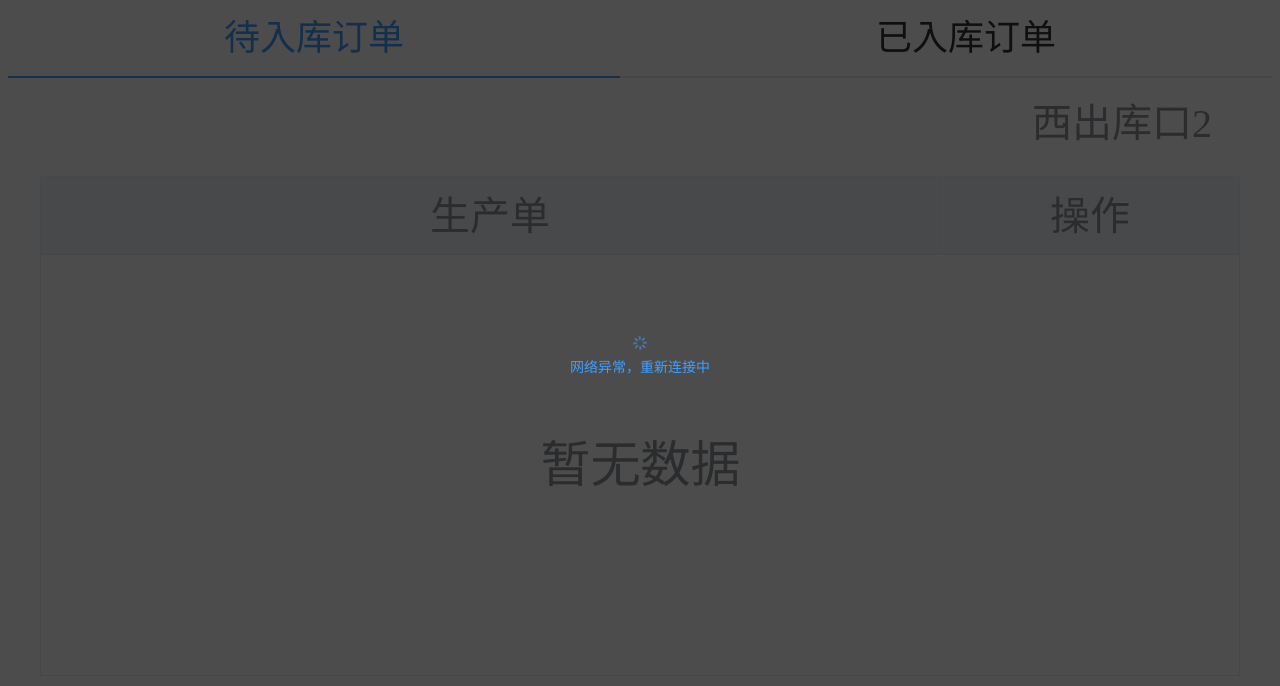
Repository: yaesass/yaesass
Page: /#/InStockDetail (app in scancode/)
An editor plug-in stored every save of this project. The page is shown before and after the next save, followed by the edit.
The browser window is 1280 px wide. The pictures show the whole page.
The page's requests for data from a server got no answer. The project was rebuilt for these pictures with package versions that can differ from the ones it lists, and the page was loaded fresh each time. No one was signed in, and anything a server would have sent is missing. Also part of the build but not shown: scancode/vue.config.js.

Above is the page before, as saved 2022-07-01 09:28:44.

### scancode/src/App.vue
<template>
  <div id="app">
    <!-- Name {{ Name }} token {{ token }} Type {{ Type }} Remarks {{ Remarks }} -->
    <router-view></router-view>
  </div>
</template>
<script>
export default {
  name: "App",
  data() {
    return {
      // show: "",
      // activeName: "待生产订单",
      // list: [],
      // listLoading: true,
      // queryForm: {
      //   CurrentPage: 1,
      //   PageSize: 999999,
      // },
      // intervalId: null,
      // messageObj: "",
    };
  },
  created() {
    //获取winform数据
    let Name, token, Type, Remarks;
    // Name = this.getQueryString("Name");
    // token = "Bearer" + " " + this.getQueryString("token");
    // Type = this.getQueryString("DeliveryType");
    // Remarks = this.getQueryString("Remarks");
    token =
      "Bearer admin-accessToken-eyJ0eXAiOiJKV1QiLCJhbGciOiJIUzI1NiJ9.eyJpZCI6IkVBNDY5MDAwLUEwRTMtNDM2NS04OEU1LTYzNTk4MUQxNzM2NSIsIm5hbWUiOiLmiavnoIEifQ.ysDSnXIKlGLatjoH2wUIq0r65R8tv9DP_CH0vsOTbN0";
    Name = "in4";
    Type = "in";
    Remarks = "西出库口2";
    if (Type == "in") {
      this.$router.push({
        name: "InStock",
        params: { Name, token, Type, Remarks },
      });
    } else {
      this.$router.push({
        name: "OutStock",
        params: { Name, token, Type, Remarks },
      });
    }
  },
  beforeDestroy() {
    // this.isDestroyed = true;
    // this.ws.close("测试");
  },
  methods: {
    //接收winform数据
    getQueryString(name) {
      var reg = new RegExp("(^|&)" + name + "=([^&]*)(&|$)");
      var r = window.location.search.substr(1).match(reg);
      if (r != null) return decodeURI(r[2]);
      return null;
    },
  },
};
</script>

### scancode/src/views/InStock.vue
<template>
  <el-tabs v-model="activeName" @tab-click="handleClick">
    <el-tab-pane label="待入库订单" class="counttable" name="待入库订单">
      <div class="count">
        <div class="counttxt">{{ Remarks }}</div>
      </div>
      <el-table
        :data="tableData"
        border
        :header-cell-style="{
          background: '#F2F6FC',
          height: '48px',
          color: '#909399',
          fontSize: '40px',
        }"
        style="width: 95%; margin: 40px auto 0 auto; font-size: 50px"
        :cell-style="totalcellcolor"
        height="500"
        :row-style="{ height: '48px' }"
      >
        <el-table-column align="center" label="生产单">
          <template slot-scope="scope">
            <span v-html="scope.row.product"></span>
          </template>
        </el-table-column>
        <el-table-column align="center" label="操作" width="300px">
          <template #default="{ row }">
            <el-button
              type="primary"
              round
              @click="ordercharge(row)"
              style="font-size: 20px"
            >
              入库
            </el-button>
          </template>
        </el-table-column>
      </el-table>
    </el-tab-pane>
    <el-tab-pane label="已入库订单" class="counttable" name="已入库订单">
      <el-table
        :data="tableData"
        border
        :header-cell-style="{
          background: '#F2F6FC',
          height: '48px',
          color: '#909399',
          fontSize: '40px',
        }"
        style="width: 95%; margin: 20px auto 0 auto; font-size: 25px"
        :cell-style="totalcellcolor"
        height="550"
        :row-style="{ height: '48px' }"
      >
        <el-table-column align="center" label="生产单">
          <template slot-scope="scope">
            <span v-html="scope.row.product"></span>
          </template>
        </el-table-column>
        <el-table-column
          align="center"
          prop="RealQuantity"
          label="数量"
          width="250px"
        >
        </el-table-column>
        <el-table-column align="center" label="时间" width="250px">
          <template slot-scope="scope">
            <span v-html="scope.row.WarehousingTime"></span>
          </template>
        </el-table-column>
      </el-table>
    </el-tab-pane>
  </el-tabs>
</template>

<script>
export default {
  name: "InStock",
  data() {
    return {
      token: "",
      Name: "",
      Type: "",
      Remarks: "",
      activeName: "待入库订单",
      tableData: [], //列表数据
    };
  },
  created() {
    this.token = this.$route.params.token;
    this.Name = this.$route.params.Name;
    this.Type = this.$route.params.Type;
    this.Remarks = this.$route.params.Remarks;
    this.GetScanningOrder();

    // console.log("this.$route.params", this.$route.params);
  },
  mounted() {},

  destroyed() {
    // 在页面销毁
  },
  methods: {
    //选项卡
    handleClick(e) {
      // console.log("点击tab", e.name);
      this.getlist(e.name);
    },

    //入库按钮
    ordercharge(row) {
      let that = this;

      this.$loading({
        lock: true,
        text: "请稍候...",
        spinner: "el-icon-loading",
        background: "rgba(0, 0, 0, 0.7)",
      });
      this.Ordername = row.product;
      that.$axios
        .post(
          "https://www.moondeity.com:8308/api/Areas/OrderInfo/EditOrderState",
          {
            OrderId: row.OrderId,
            StockType: that.Name,
            StockState: 1,
          },
          {
            headers: {
              Authorization: that.token,
            },
          }
        )
        .then(function (response) {
          //console.log('EditOrderStateresponse', response.data.msg)
          if (response.data.msg != "修改成功") {
            that.$loading().close();
            that.message(response.data.msg);
          }
          that.GetScanningOrder();
        })
        .catch(function (error) {
          console.log(error);
        });
    },

    //查询入库订单状态
    GetScanningOrder(e) {
      let that = this;
      that.$loading({
        lock: true,
        text: "请稍候...",
        spinner: "el-icon-loading",
        background: "rgba(0, 0, 0, 0.7)",
      });
      that.list = [];
      that.$axios
        .post(
          "https://www.moondeity.com:8308/api/Areas/OrderInfo/GetScanningOrder",
          {
            Type: that.Name,
          },
          {
            headers: {
              Authorization: that.token,
            },
          }
        )
        .then(function (response) {
          let reqdata = response.data.data;
          // console.log("查询入库订单状态", reqdata.dt);
          if (reqdata.dt != "") {
            let { Name, token, Type, Remarks } = that;
            console.log("{ Name, token, Type, Remarks } ", {
              Name,
              token,
              Type,
              Remarks,
            });
            //有正在入库的订单
            that.$router.push({
              name: "InStockDetail",
              params: { Name, token, Type, Remarks },
            });
          } else {
            that.getlist("待入库订单"); //没有正在入库的订单
          }
          that.$loading().close();
        })
        .catch(function (error) {
          console.log("查询入库订单状态error", error);
          if (e != "err") {
            that.$loading().close();
          }
          that.$loading({
            lock: true,
            text: "网络异常，重新连接中",
            spinner: "el-icon-loading",
            background: "rgba(0, 0, 0, 0.7)",
          });
          setTimeout(() => {
            that.GetScanningOrder("err");
          }, 3000);
        });
    },

    //获取列表
    getlist(Type) {
      let that = this;
      this.tableData = [];
      let formData = {
        Type,
        PageSize: 999999,
        CurrentPage: 1,
        StockType: that.Name,
      };
      if (Type == "已入库订单") {
        formData.begintime = this.gettime();
        formData.endtime = this.gettime();
      }

      this.$axios
        .post(
          "https://www.moondeity.com:8308/api/Areas/OrderInfo/GetOrderList",
          formData,
          {
            headers: {
              Authorization: that.token,
            },
          }
        )
        .then(function (response) {
          // console.log("获取待入库订单列表", response.data.data.dt);
          let temp = response.data.data.dt,
            list = [];
          for (let i = 0; i in temp; i++) {
            if (temp[i].WarehousingTime) {
              temp[i].WarehousingTime = temp[i].WarehousingTime.replace(
                "T",
                "<br/>"
              );
            }
            list.push({
              product: temp[i].Remarks,
              OrderId: temp[i].Id,
              RealQuantity: temp[i].RealQuantity,
              WarehousingTime: temp[i].WarehousingTime,
            });
          }
          //console.log('list', list)
          that.tableData = list;
        })
        .catch(function (error) {
          console.log(error);
        });
    },
    //表格列颜色
    batchcellcolor({ row, column, rowIndex, columnIndex }) {
      row, column, rowIndex;
      if (columnIndex == 2) {
        return "color:red";
      }
    },
    totalcellcolor({ row, column, rowIndex, columnIndex }) {
      row, column, rowIndex;
      if (columnIndex == 1) {
        return "color:red";
      }
    },
    //当前日期
    gettime() {
      let yy = new Date().getFullYear();
      let mm = new Date().getMonth() + 1;
      let dd = new Date().getDate();
      return yy + "-" + mm + "-" + dd;
    },
    //弹窗提示
    message(msg) {
      //console.log('message')
      if (msg == "success") {
        msg = "成功";
      }
      const h = this.$createElement;
      let tempHtml = h(
        "p",
        {
          style:
            " width: 100%; display:flex;align-items: center;justify-content: space-between;",
        },
        [h("span", undefined, msg)]
      );
      if (msg.indexOf("成功") != "-1") {
        this.$message({
          dangerouslyUseHTMLString: true,
          duration: 2000,
          type: "success",
          message: tempHtml,
          customClass: "workShop_message",
        });
        return true;
      }
      if (msg == "网络连接失败") {
        this.$message({
          dangerouslyUseHTMLString: true,
          duration: 2000,
          type: "error",
          message: tempHtml,
          customClass: "workShop_message",
        });
        return false;
      } else {
        this.$message({
          dangerouslyUseHTMLString: true,
          duration: 2000,
          type: "error",
          message: tempHtml,
          customClass: "workShop_message",
        });
        return false;
      }
    },
  },
};
</script>

<style>
.el-table {
  width: 100%;
  display: flex;
  flex-direction: column;
}

.el-table__body-wrapper {
  flex: 1;
}

.el-tabs__nav {
  width: 100%;
}
.el-tabs__item {
  margin-top: 10px;
  width: 50%;
  height: 60px;
  text-align: center;
  font-size: 36px;
  font-weight: 300;
  letter-spacing: 0em;
}

.count {
  display: flex;
  justify-content: right;
  margin: 20px 60px 20px 0;
}

.count .counttxt {
  font-size: 40px;
  font-weight: normal;
  line-height: 24px;
  letter-spacing: 0px;
  color: #909399;
}

.counttable .el-table .cell {
  line-height: 50px;
  font-weight: 300;
}

.workShop_message {
  width: 40%;
  font-size: 30px;
  color: #ff7d38;
}

.workShop_message .btn {
  padding: 5px 10px;
  cursor: pointer;
  background: #ffb89143;
  border: 2px solid #ffb89143;
  border-radius: 10px;
}
</style>

### scancode/src/views/OutStock.vue
<template>
  <el-tabs v-model="activeName" @tab-click="handleClick">
    <el-tab-pane label="实时出库信息" class="counttable" name="实时出库信息">
      <div class="count">
        <div class="counttxt">{{ Remarks }}</div>
      </div>
      <el-table
        :data="tableData"
        border
        :header-cell-style="{
          background: '#F3F4F7',
          color: '#555',
          height: '97px',
        }"
        :cell-style="{ padding: '0px' }"
        :row-style="{ height: '97px' }"
        style="width: 95%; margin: 40px auto 0 auto; font-size: 50px"
        ref="table"
        height="450"
      >
        <el-table-column label="商品名称" style="heihgt: 97px">
          <template slot-scope="scope">
            <span v-html="scope.row.name"></span>
          </template>
        </el-table-column>
        <el-table-column align="center" label="数量" width="323">
          <template slot-scope="scope">
            <div style="color: red">{{ scope.row.num }}</div>
          </template>
        </el-table-column>
      </el-table>
      <div class="zero" @click="zero()">
        <div class="btntxt">完成出库</div>
      </div>
    </el-tab-pane>
    <el-tab-pane label="历史出库单" class="counttable" name="历史出库单">
      <el-table
        :data="tableData"
        border
        :header-cell-style="{
          background: '#F2F6FC',
          height: '48px',
          color: '#909399',
          fontSize: '40px',
        }"
        style="width: 910px; margin: 40px auto; font-size: 25px"
        :cell-style="totalcellcolor"
        height="450"
        :row-style="{ height: '48px' }"
      >
        <el-table-column align="center" prop="product" label="产品名称">
        </el-table-column>
        <el-table-column align="center" prop="time" label="时间">
        </el-table-column>
        <el-table-column align="center" prop="num" label="出库数量">
        </el-table-column>
        <el-table-column align="center" prop="state" label="出库类型">
        </el-table-column>
      </el-table>
    </el-tab-pane>
  </el-tabs>
</template>

<script>
export default {
  name: "InStock",
  data() {
    return {
      token: "",
      Name: "",
      Type: "",
      Remarks: "",
      activeName: "实时出库信息",
      tableData: [], //列表数据
    };
  },
  created() {
    this.token = this.$route.params.token;
    this.Name = this.$route.params.Name;
    this.Type = this.$route.params.Type;
    this.Remarks = this.$route.params.Remarks;

    // console.log("this.$route.params", this.$route.params);
  },
  mounted() {
    this.GetOrderOut();
  },

  destroyed() {
    // 在页面销毁
  },
  methods: {
    //选项卡
    handleClick(e) {
      console.log("点击tab", e.name);
      if (e.name == "实时出库信息") {
        this.GetOrderOut();
      }
      // else {

      // }
    },

    //查询已激活出库单
    GetOrderOut() {
      let that = this;
      this.$loading({
        lock: true,
        text: "请稍候...",
        spinner: "el-icon-loading",
        background: "rgba(0, 0, 0, 0.7)",
      });
      that.$axios
        .post(
          "https://www.moondeity.com:8308/api/Areas/OrderInfo/GetOrderOut",
          {
            Name: that.Name,
          },
          {
            headers: {
              Authorization: that.token,
            },
          }
        )
        .then(function (res) {
          that.$loading().close();
          let reqData = res.data;
          console.log("查询已激活出库单", reqData);
          if (reqData.code == "200") {
            if (reqData.msg == "无激活订单") {
              that.setData({
                outState: "开始出库",
              });
              that.data.outOrderId = "";
            } else {
              that.setData({
                outState: "出库中",
              });
              that.data.outOrderId = reqData.data.model.Id;
              that.GetOrderOutListDetail();
            }
          } else {
            that.message(reqData.msg);
          }
        })
        .catch(function (error) {
          console.log(error);
        });
    },

    //查询出库单明细
    GetOrderOutListDetail() {
      let that = this,
        OrderId = that.data.outOrderId;
      this.$loading({
        lock: true,
        text: "请稍候...",
        spinner: "el-icon-loading",
        background: "rgba(0, 0, 0, 0.7)",
      });

      that.$axios
        .post(
          "https://www.moondeity.com:8308/api/Areas/OrderInfo/GetOrderOutListDetail",
          {
            OrderId,
          },
          {
            headers: {
              Authorization: that.token,
            },
          }
        )
        .then(function (res) {
          that.$loading().close();
          let reqData = res.data;
          console.log("查询出库单明细", reqData);

          if (reqData.code == "200") {
            let dt = reqData.data.dts;
            if (dt == "") {
              that.setData({
                list: [],
              });
              // console.log("无返回", that.data.list);
            } else {
              that.setData({
                list: dt,
              });
            }
          } else {
            that.message(reqData.msg);
          }
        })
        .catch(function (error) {
          console.log(error);
        });
    },
    //弹窗提示
    message(msg) {
      //console.log('message')
      if (msg == "success") {
        msg = "成功";
      }
      const h = this.$createElement;
      let tempHtml = h(
        "p",
        {
          style:
            " width: 100%; display:flex;align-items: center;justify-content: space-between;",
        },
        [h("span", undefined, msg)]
      );
      if (msg.indexOf("成功") != "-1") {
        this.$message({
          dangerouslyUseHTMLString: true,
          duration: 2000,
          type: "success",
          message: tempHtml,
          customClass: "workShop_message",
        });
        return true;
      }
      if (msg == "网络连接失败") {
        this.$message({
          dangerouslyUseHTMLString: true,
          duration: 2000,
          type: "error",
          message: tempHtml,
          customClass: "workShop_message",
        });
        return false;
      } else {
        this.$message({
          dangerouslyUseHTMLString: true,
          duration: 2000,
          type: "error",
          message: tempHtml,
          customClass: "workShop_message",
        });
        return false;
      }
    },
    totalcellcolor({ row, column, rowIndex, columnIndex }) {
      row, column, rowIndex;
      if (columnIndex == 1) {
        return "color:red";
      }
    },
  },
};
</script>

<style>
.count {
  display: flex;
  justify-content: right;
  margin: 20px 60px 20px 0;
}

.count .counttxt {
  font-size: 40px;
  font-weight: normal;
  line-height: 24px;
  letter-spacing: 0px;
  color: #909399;
}

.el-table {
  width: 100%;
  display: flex;
  flex-direction: column;
}

.el-table__body-wrapper {
  flex: 1;
}

.el-tabs__nav {
  width: 100%;
}
.el-tabs__item {
  margin-top: 10px;
  width: 50%;
  height: 60px;
  text-align: center;
  font-size: 36px;
  font-weight: 300;
  letter-spacing: 0em;
}

.count {
  display: flex;
  justify-content: right;
  margin: 20px 60px 20px 0;
}

.count .counttxt {
  font-size: 40px;
  font-weight: normal;
  line-height: 24px;
  letter-spacing: 0px;
  color: #909399;
}

.counttable .el-table .cell {
  line-height: 50px;
  font-weight: 300;
}

.workShop_message {
  width: 40%;
  font-size: 30px;
  color: #ff7d38;
}

.workShop_message .btn {
  padding: 5px 10px;
  cursor: pointer;
  background: #ffb89143;
  border: 2px solid #ffb89143;
  border-radius: 10px;
}
</style>

Loaded but not shown: scancode/public/index.html (common file); scancode/src/router/index.js (42 lines, source omitted); scancode/src/main.js (17 lines, source omitted); scancode/src/views/InStockDetail.vue (500 lines, source omitted)

After the next save:
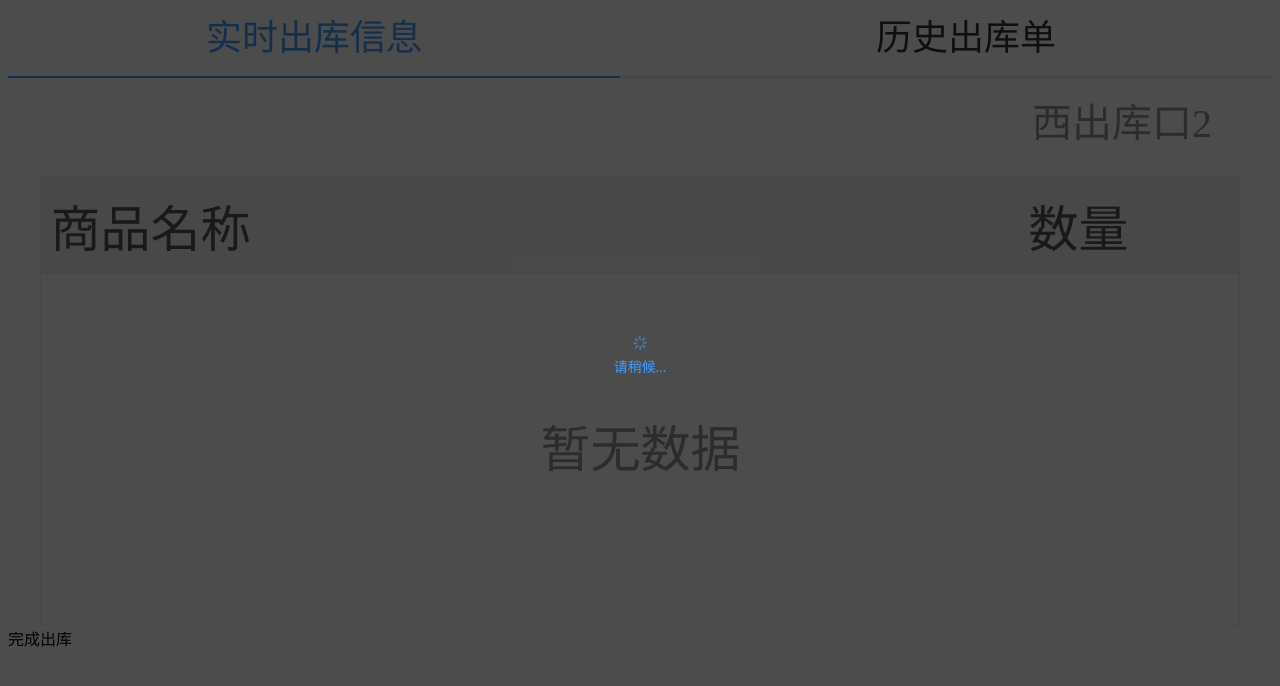
Saved 69 min 1 s later.
--- a/scancode/src/App.vue
+++ b/scancode/src/App.vue
@@ -30,8 +30,8 @@
     // Remarks = this.getQueryString("Remarks");
     token =
       "Bearer admin-accessToken-eyJ0eXAiOiJKV1QiLCJhbGciOiJIUzI1NiJ9.eyJpZCI6IkVBNDY5MDAwLUEwRTMtNDM2NS04OEU1LTYzNTk4MUQxNzM2NSIsIm5hbWUiOiLmiavnoIEifQ.ysDSnXIKlGLatjoH2wUIq0r65R8tv9DP_CH0vsOTbN0";
-    Name = "in4";
-    Type = "in";
+    Name = "out4";
+    Type = "out";
     Remarks = "西出库口2";
     if (Type == "in") {
       this.$router.push({

After the save that followed:
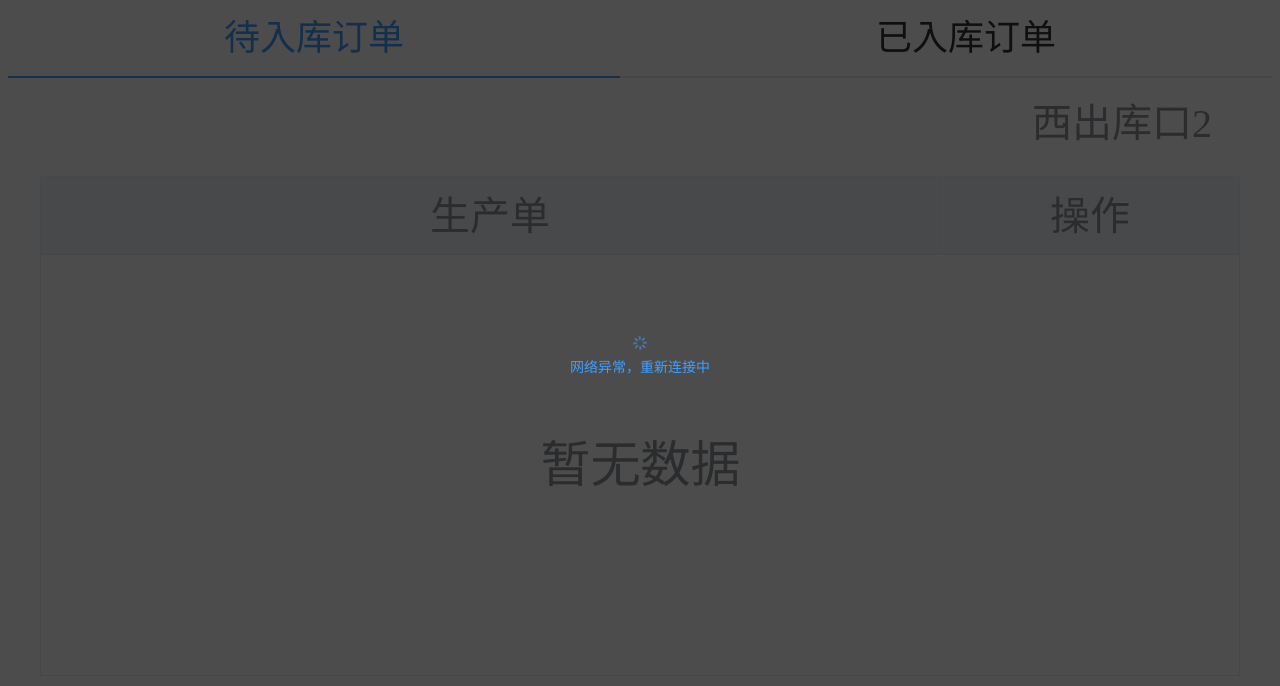
Saved 34 s later.
--- a/scancode/src/App.vue
+++ b/scancode/src/App.vue
@@ -30,8 +30,8 @@
     // Remarks = this.getQueryString("Remarks");
     token =
       "Bearer admin-accessToken-eyJ0eXAiOiJKV1QiLCJhbGciOiJIUzI1NiJ9.eyJpZCI6IkVBNDY5MDAwLUEwRTMtNDM2NS04OEU1LTYzNTk4MUQxNzM2NSIsIm5hbWUiOiLmiavnoIEifQ.ysDSnXIKlGLatjoH2wUIq0r65R8tv9DP_CH0vsOTbN0";
-    Name = "out4";
-    Type = "out";
+    Name = "in4";
+    Type = "in";
     Remarks = "西出库口2";
     if (Type == "in") {
       this.$router.push({
